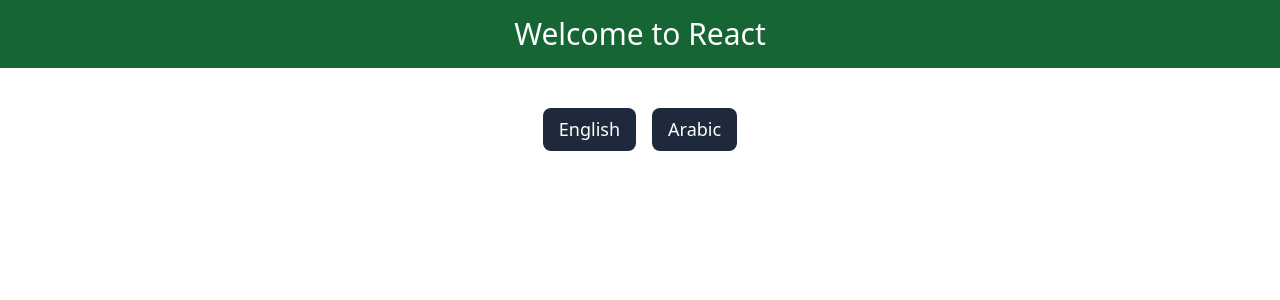
Repository: SaadYasin/react-internationalization
Page: /
An editor plug-in stored every save of this project. The page is shown before and after the next save, followed by the edit.
The browser window is 1280 px wide. The pictures show the whole page.
The project was rebuilt for these pictures with package versions that can differ from the ones it lists, and the page was loaded fresh each time. Also part of the build but not shown: vite.config.js.

Above is the page before, as saved 2024-07-18 21:35:36.

After the next save:
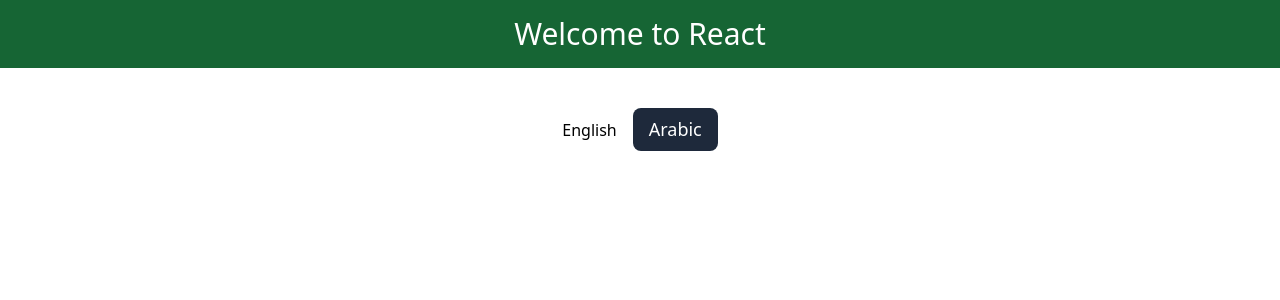
Saved 104 s later.
--- a/src/App.jsx
+++ b/src/App.jsx
@@ -11,8 +11,8 @@
         <h2 className="text-3xl text-center text-white p-4 bg-green-800">{t("Welcome to React")}</h2>
 
         <div className="flex justify-center gap-4 mt-10">
-        <button id="english" className="text-[18px] bg-slate-800 text-white px-4 py-2 rounded-lg">English</button>
-        <button id="arabic" className="text-[18px] bg-slate-800 text-white px-4 py-2 rounded-lg">Arabic</button>
+        <button iclassName="text-[18px] bg-slate-800 text-white px-4 py-2 rounded-lg">English</button>
+        <button className="text-[18px] bg-slate-800 text-white px-4 py-2 rounded-lg">Arabic</button>
 
         </div>
 

After the save that followed:
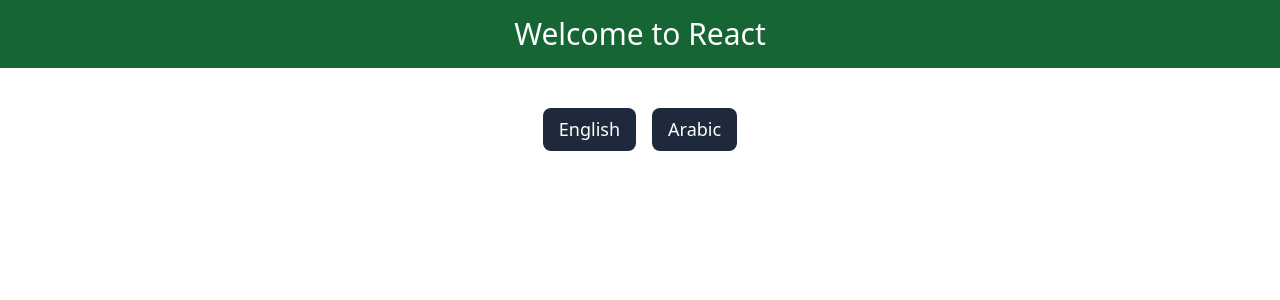
Saved 8 s later.
--- a/src/App.jsx
+++ b/src/App.jsx
@@ -11,7 +11,7 @@
         <h2 className="text-3xl text-center text-white p-4 bg-green-800">{t("Welcome to React")}</h2>
 
         <div className="flex justify-center gap-4 mt-10">
-        <button iclassName="text-[18px] bg-slate-800 text-white px-4 py-2 rounded-lg">English</button>
+        <button className="text-[18px] bg-slate-800 text-white px-4 py-2 rounded-lg">English</button>
         <button className="text-[18px] bg-slate-800 text-white px-4 py-2 rounded-lg">Arabic</button>
 
         </div>
